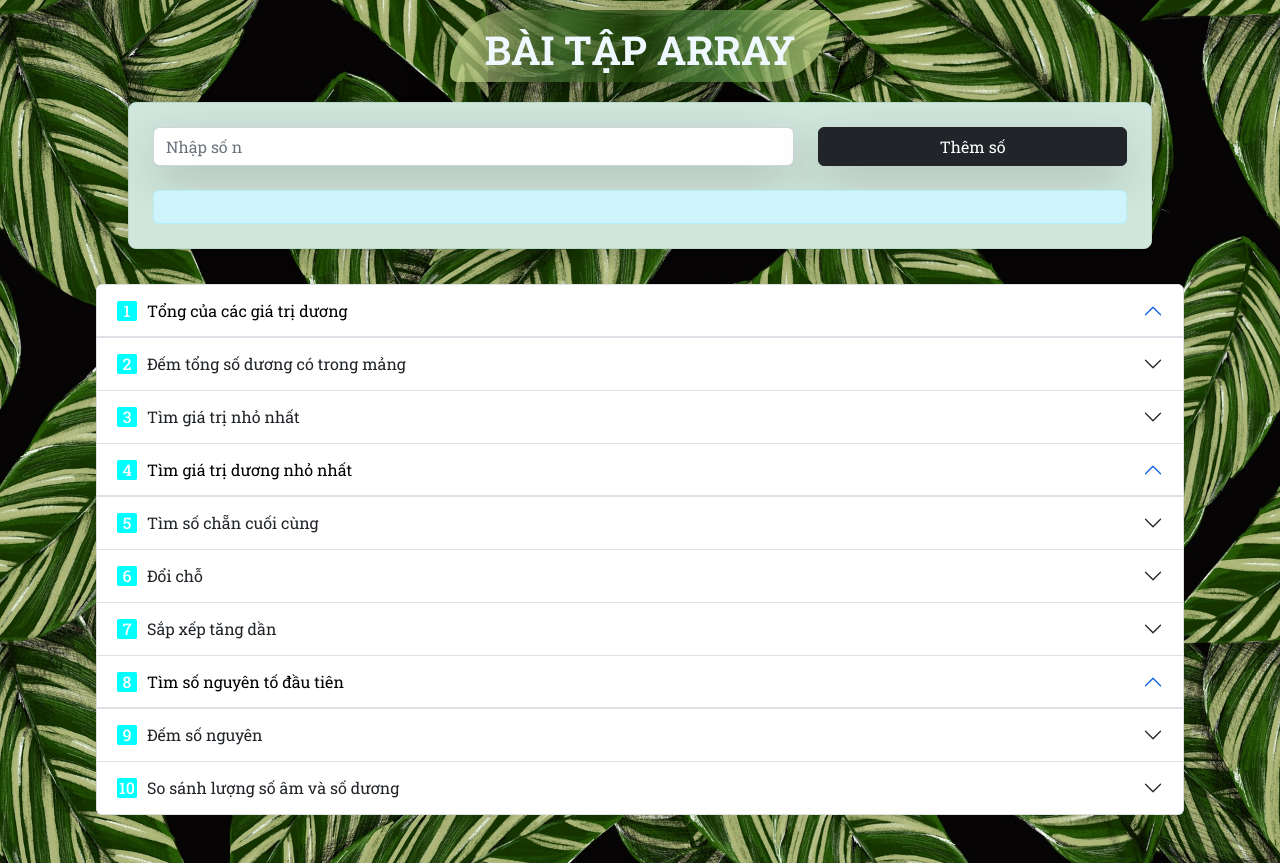
Repository: hcozyph/TranHuuPhuoc_BC43_BT_JS_Buoi7_8_ARRAY
Page: index.html
The author's editor kept a copy of each file at every save. The page is drawn from the files as they stood at one save, then again after the next save.
The browser window is 1280 px wide. The pictures show the whole page.
Backgrounds fixed to the window are drawn as part of the page.

Above is the page before, as saved 2023-02-26 13:17:12.

After the next save:
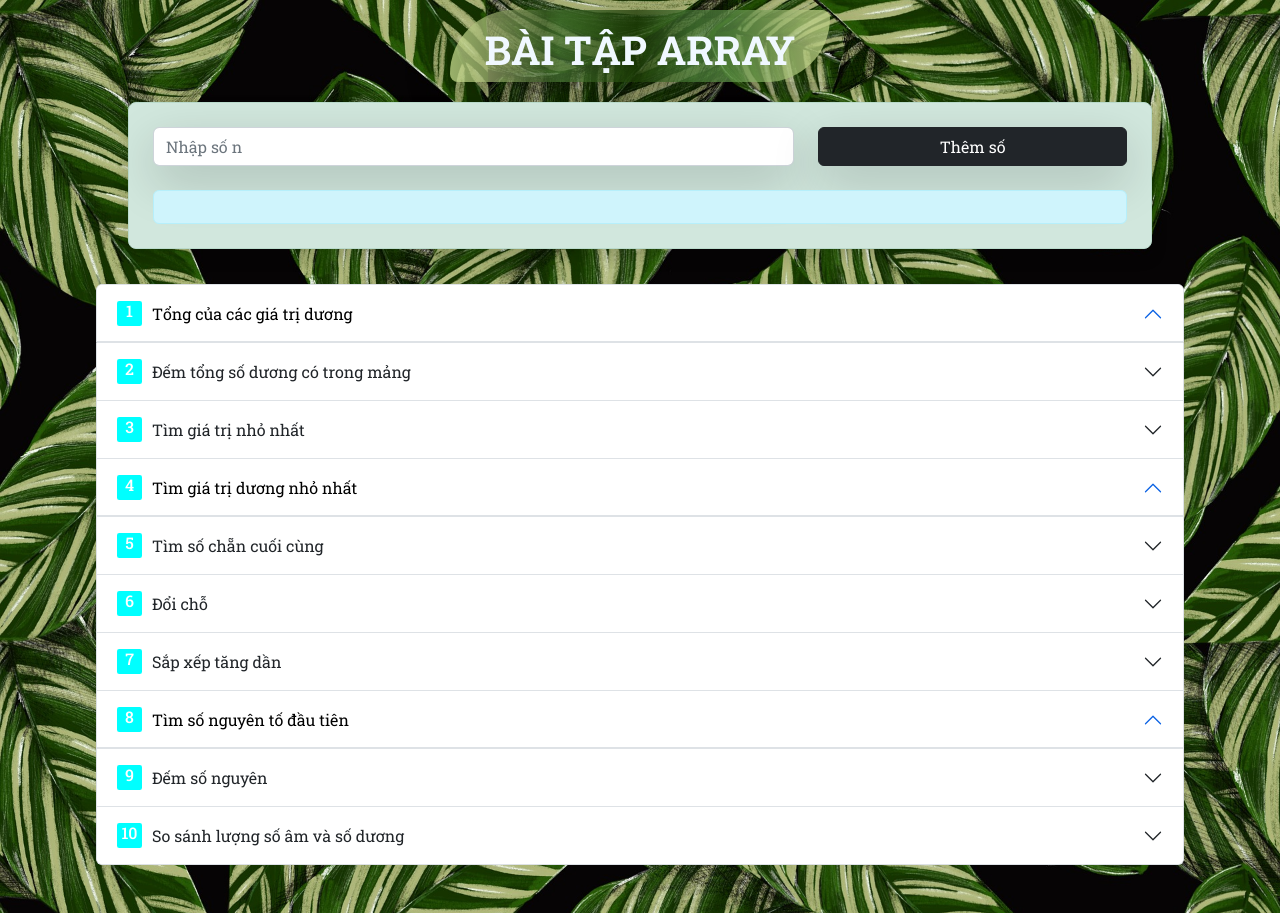
Saved 17 s later.
--- a/css/index.css
+++ b/css/index.css
@@ -79,8 +79,8 @@
 .numberList {
     display: inline-block;
     margin-right: 10px;
-    width: 20px;
-    height: 20px;
+    width: 25px;
+    height: 25px;
     background-color: aqua;
     color: white;
     font-weight: 500;
